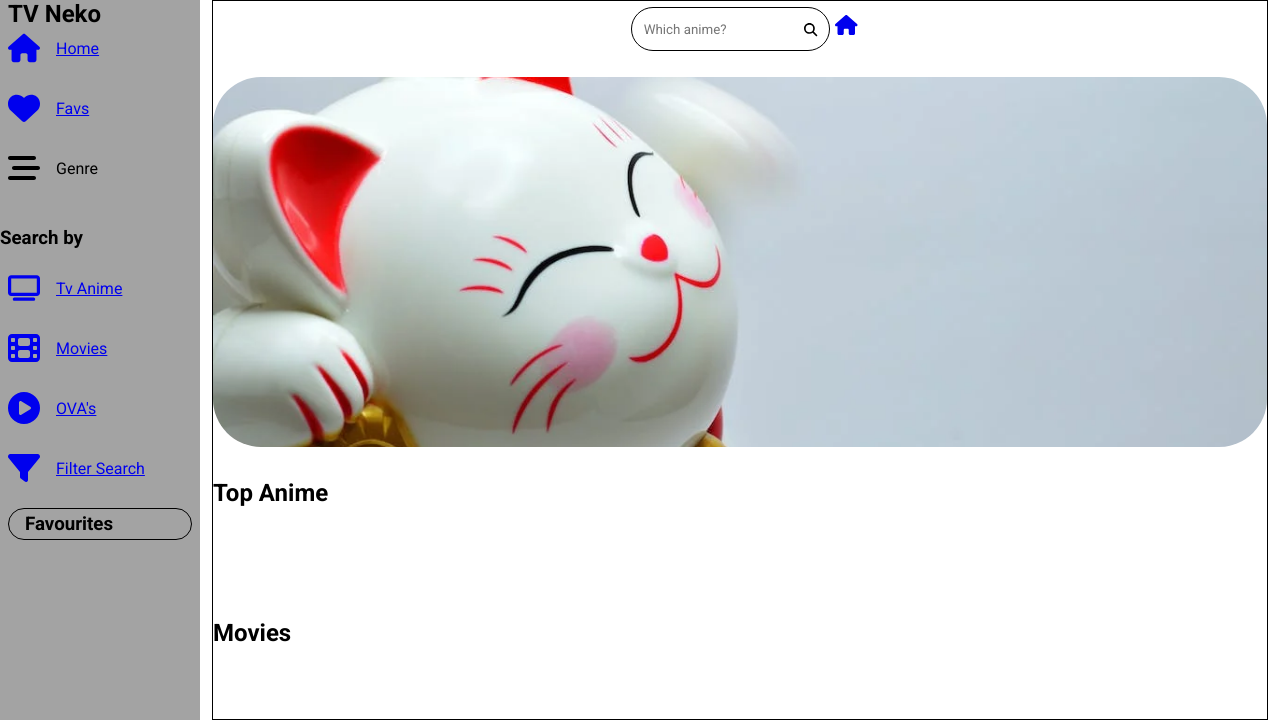
Repository: OwenMargiela/AnimeDatabse
Page: /
The author's editor kept a copy of each file at every save. The page is drawn from the files as they stood at one save, then again after the next save.
The browser window is 1280 px wide. The pictures show the whole page.
The page's requests for data from a server got no answer. An inner scrolling area shows only its first screen. The project was rebuilt for these pictures with package versions that can differ from the ones it lists, and the page was loaded fresh each time. No one was signed in, and anything a server would have sent is missing. Also part of the build but not shown: src/Components/AnimeContainer.jsx, src/Pages/AnimePage/AnimePage.jsx, src/Components/Score.css, src/Components/Score.jsx, src/Components/AnimeDescription.jsx, src/Pages/AnimePage/AnimeInfo.jsx, src/Pages/AnimePage/AnimeGenre.jsx, src/Pages/FavouritesPage/Favourites.css and 7 more.

Above is the page before, as saved 2023-01-26 14:13:02.

After the next save:
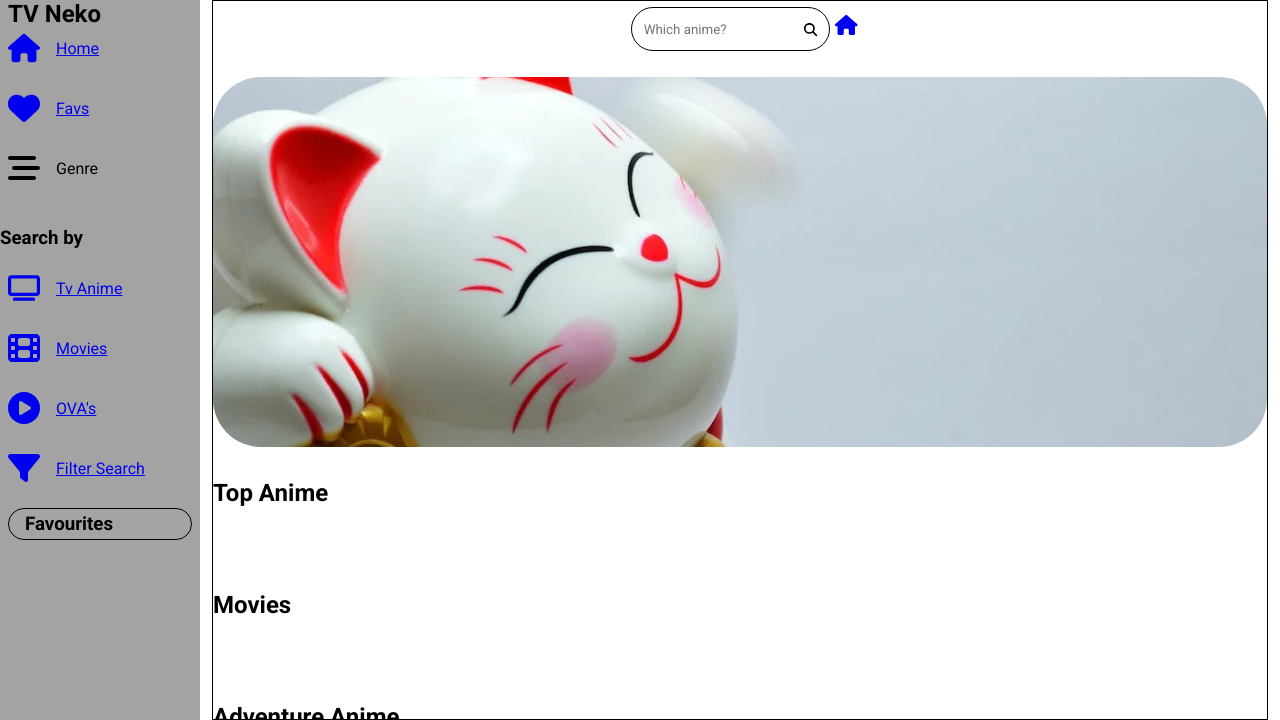
Saved 26 s later.
--- a/src/App.css
+++ b/src/App.css
@@ -90,7 +90,8 @@
   color: none;
   cursor: pointer;
 }
-.anime__wrapper{
+
+.anime__wrapper--container{
   display: flex;
 }
 

After the save that followed:
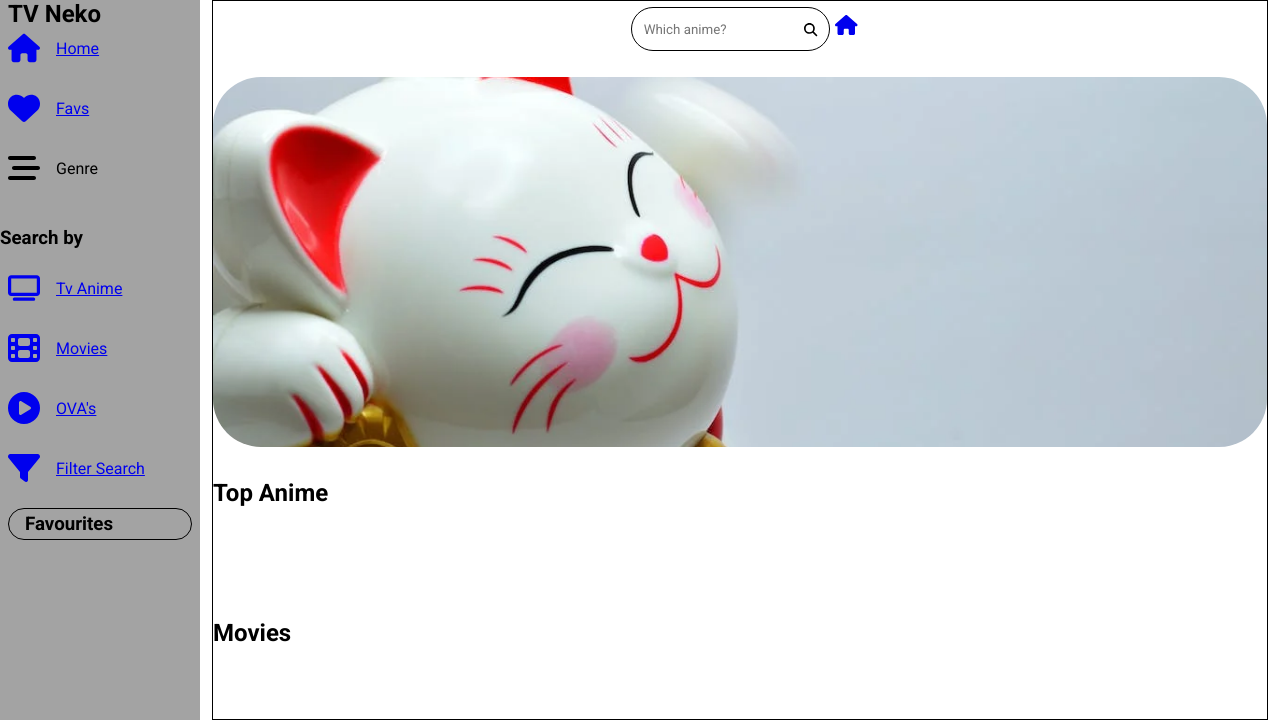
Saved 12 s later.
--- a/src/App.css
+++ b/src/App.css
@@ -93,6 +93,7 @@
 
 .anime__wrapper--container{
   display: flex;
+  flex-direction: column;
 }
 
 .anime__container{
